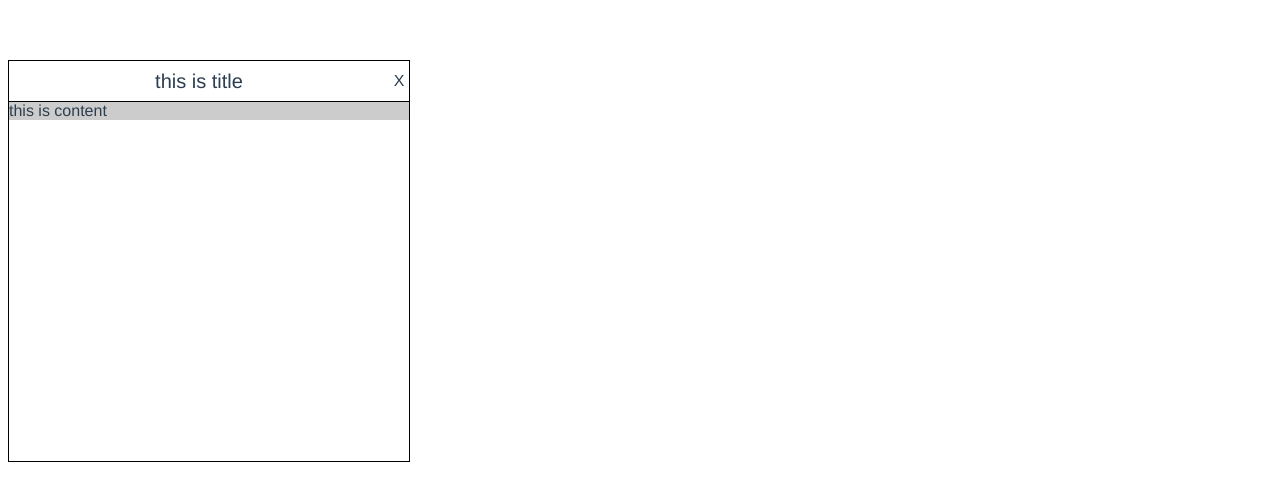
Repository: iulucky6/yf_messageBox
Page: /
An editor plug-in stored every save of this project. The page is shown before and after the next save, followed by the edit.
The browser window is 1280 px wide. The pictures show the whole page.
The project was rebuilt for these pictures with package versions that can differ from the ones it lists, and the page was loaded fresh each time. Also part of the build but not shown: src/components/HelloWorld.vue.

Above is the page before, as saved 2023-09-14 11:24:48.

After the next save:
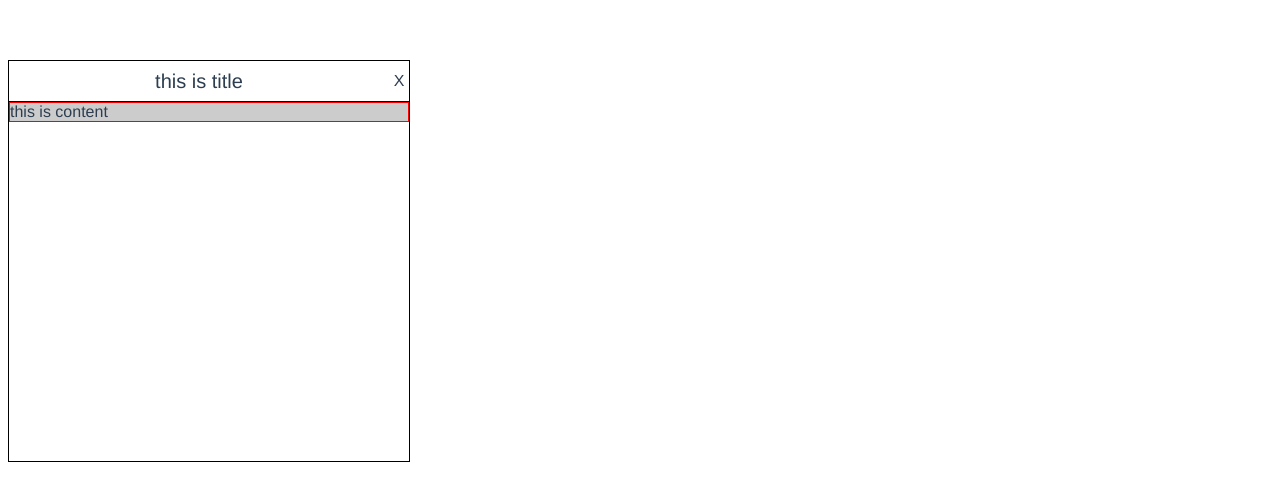
Saved 57 s later.
--- a/src/components/MessageBox/index.vue
+++ b/src/components/MessageBox/index.vue
@@ -62,6 +62,7 @@ $border-color: #000;
   .content {
     display: flex;
     background-color: #ccc;
+    border: 1px solid red;
     flex: 1;
     // align-items: center;
     // justify-content: center;
